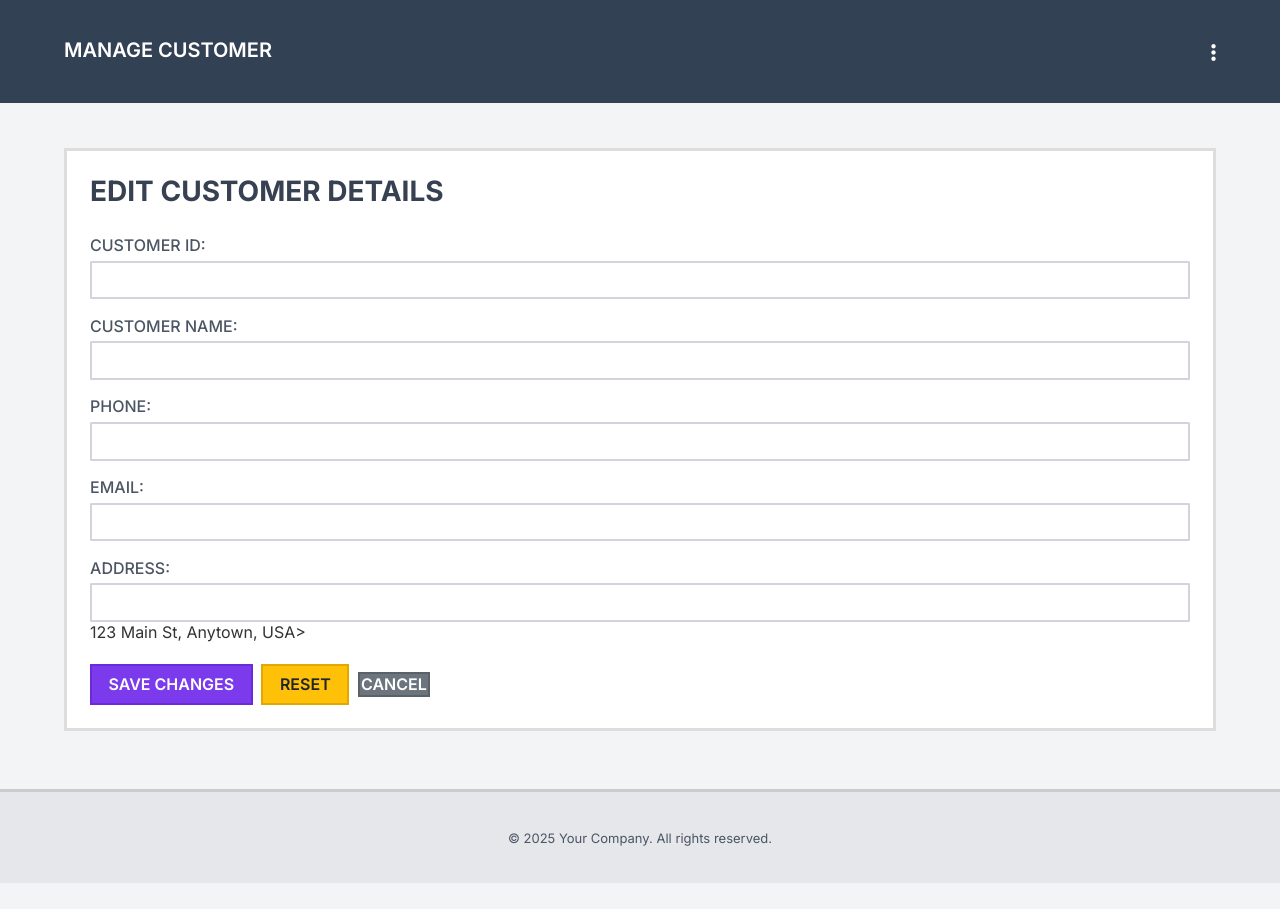
Repository: apprameyu0903/Saasant-Apprameyu
Page: http://localhost/BillingSystemWebProject/edit_customer.jsp
These files come from the project's save history. The page is drawn as it stood at one moment and after the next save; the edit follows.
The browser window is 1280 px wide. The pictures show the whole page.
The page is served by Tomcat 9.

Above is the page before, as saved 2025-05-12 13:46:24.

After the next save:
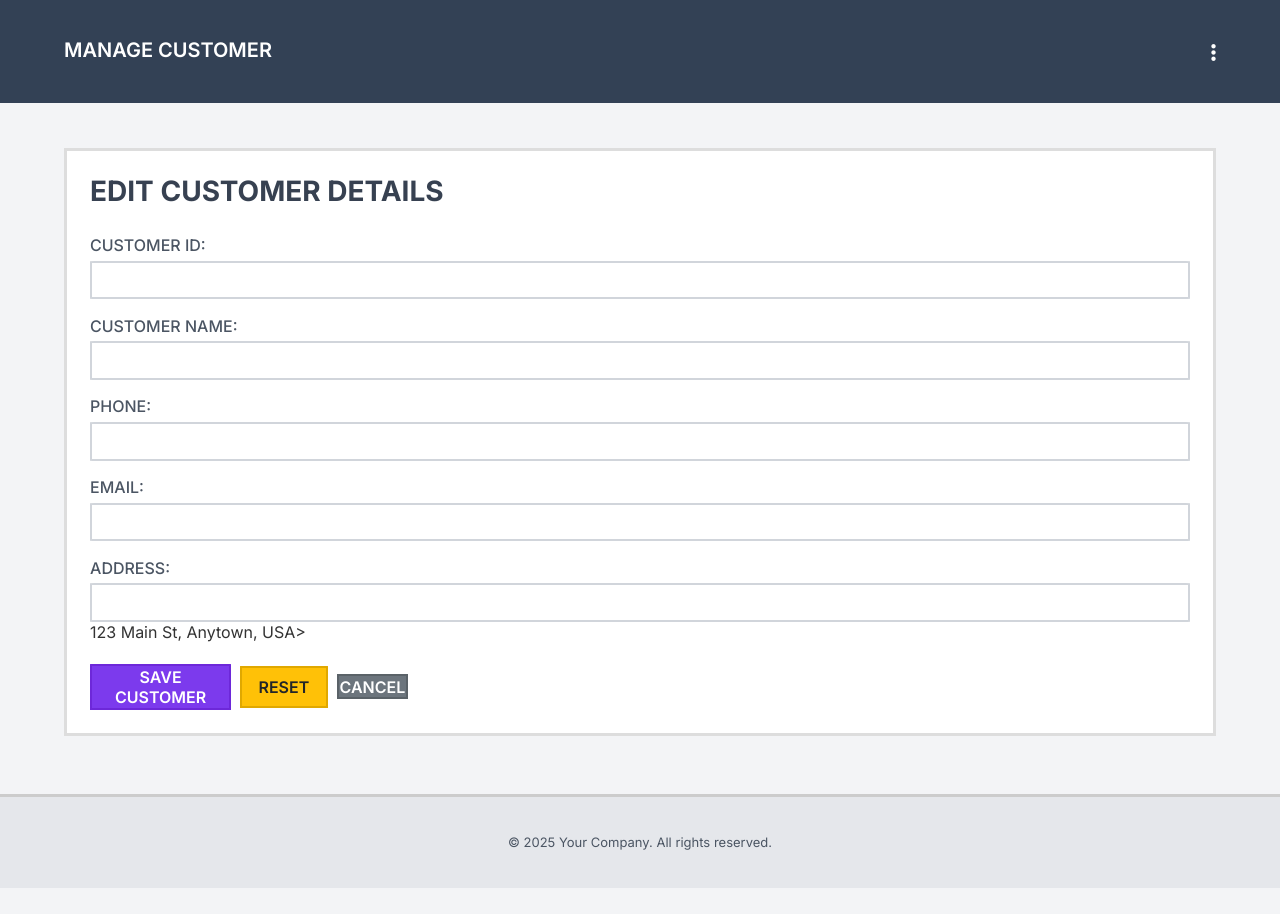
Saved 26 s later.
--- a/eclipse-workspace/BillingSystemWebProject/src/main/webapp/edit_customer.jsp
+++ b/eclipse-workspace/BillingSystemWebProject/src/main/webapp/edit_customer.jsp
@@ -65,9 +65,11 @@
                 </div>
 
                 <div class="form-actions">
-                    <button type="submit" class="submit-btn">SAVE CHANGES</button>
+                	<a href="customer_details.jsp" class="cancel-btn-link">
+                        <button type="submit" class="submit-btn">SAVE CUSTOMER</button>
+                    </a>
                     <button type="reset" class="reset-btn">RESET</button>
-                    <a href="index.jsp" class="cancel-btn-link">
+                    <a href="customer_details.jsp" class="cancel-btn-link">
                         <button type="button" class="cancel-btn">CANCEL</button>
                     </a>
                 </div>
